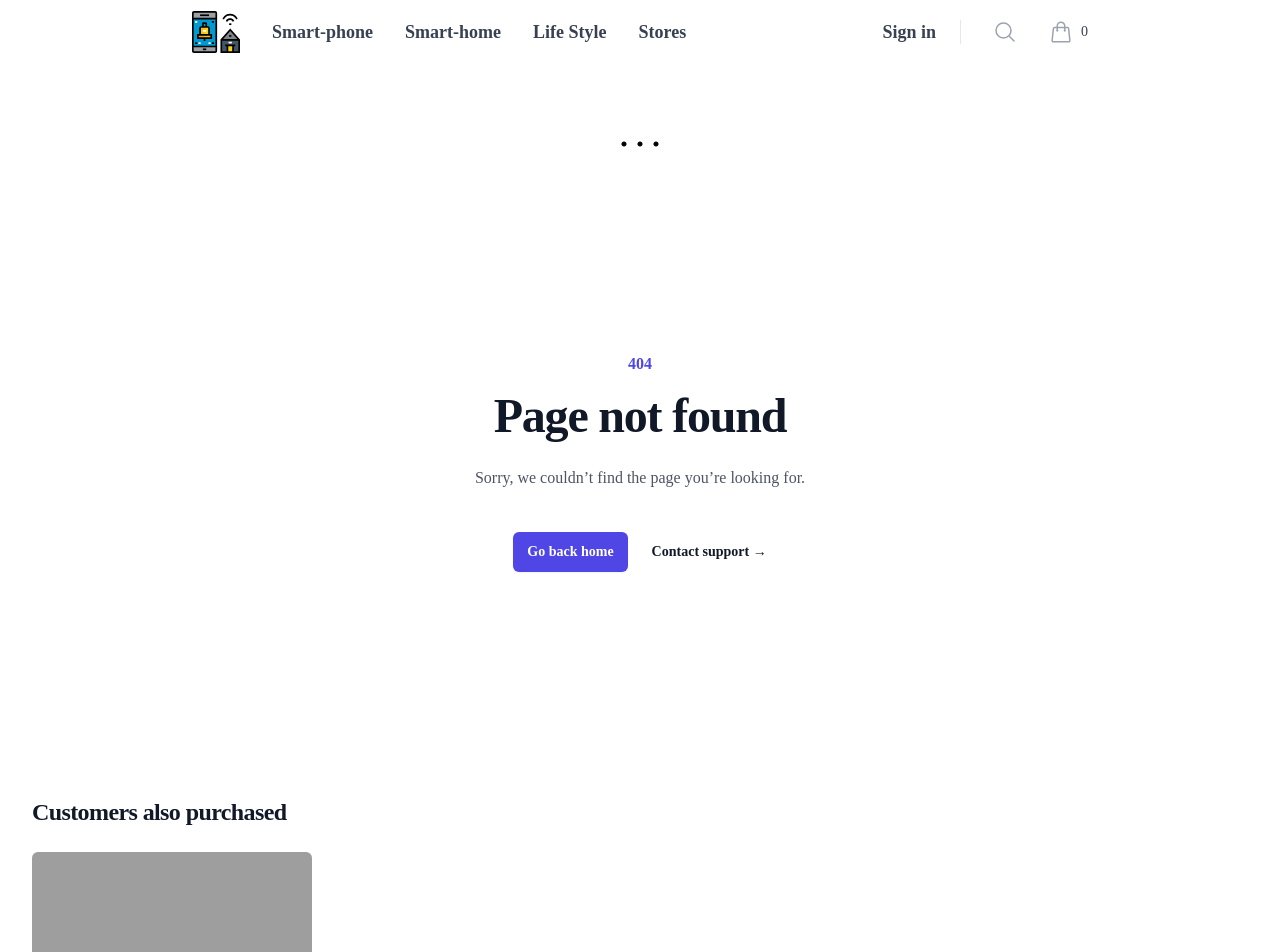
Repository: Gunplay/Smart-Home
Page: /
An editor plug-in stored every save of this project. The page is shown before and after the next save, followed by the edit.
The browser window is 1280 px wide. The pictures show the part of the page from y = 0 to 952 px (the page is 1944 px tall before and 1912 px after).
Pictures or frames that could not be fetched are drawn as grey boxes. The project was rebuilt for these pictures with package versions that can differ from the ones it lists, and the page was loaded fresh each time. Also part of the build but not shown: vite.config.js, vite.config.ts.

Above is the page before, as saved 2024-06-25 13:01:19.

### index.html
<!doctype html>
<html lang="en">

<head>
  <meta charset="UTF-8" />
  <link rel="icon" type="image/svg+xml" href="./src/assets/smart-home-svgrepo-com.svg" />
  <meta name="viewport" content="width=device-width, initial-scale=1.0" />
  <title>Smart-Home</title>
  <link real='stylesheet' href='src/style.css'>
</head>

<body>
  <div id="root"></div>

  <script type="module" src="/src/main.tsx"></script>
</body>

</html>

### src/main.tsx
import React from 'react';
import ReactDOM from 'react-dom/client';
import { BrowserRouter as Router } from 'react-router-dom';
import App from './App.tsx';
import './css/style.css';

ReactDOM.createRoot(document.getElementById('root')!).render(
	<React.StrictMode>
		<Router>
			<App />
		</Router>
	</React.StrictMode>
);

### src/App.tsx
// import { useState } from 'react';

// import reactLogo from './assets/react.svg';
// import viteLogo from '/vite.svg';
import AboutUs from './components/AboutUs';
import Carousel from './components/Carousel';
import Header from './components/Header';
import PageNotFound from './components/Page404';
import ProductsList from './components/ProductsList';

function App() {
	return (
		<>
			<div className='mr-[3.75rem] pt-[4.75rem] lg:pt-[5.25rem] overflow-hidden'>
				<Header />
				<Carousel />
			</div>
			<PageNotFound />

			<ProductsList />
			<AboutUs />
		</>
	);
}

export default App;

### src/components/AboutUs/index.tsx
const links = [
	{ name: 'Open roles', href: '#' },
	{ name: 'Internship program', href: '#' },
	{ name: 'Our values', href: '#' },
	{ name: 'Meet our leadership', href: '#' },
];
const stats = [
	{ name: 'Offices worldwide', value: '12' },
	{ name: 'Full-time colleagues', value: '300+' },
	{ name: 'Hours per week', value: '40' },
	{ name: 'Paid time off', value: 'Unlimited' },
];

export default function AboutUs() {
	return (
		<div className='relative isolate overflow-hidden bg-gray-900 py-24 sm:py-32'>
			<img
				src='https://images.unsplash.com/photo-1521737604893-d14cc237f11d?ixlib=rb-4.0.3&ixid=MnwxMjA3fDB8MHxwaG90by1wYWdlfHx8fGVufDB8fHx8&auto=format&fit=crop&crop=focalpoint&fp-y=.8&w=2830&h=1500&q=80&blend=111827&sat=-100&exp=15&blend-mode=multiply'
				alt=''
				className='absolute inset-0 -z-10 h-full w-full object-cover object-right md:object-center'
			/>
			<div
				className='hidden sm:absolute sm:-top-10 sm:right-1/2 sm:-z-10 sm:mr-10 sm:block sm:transform-gpu sm:blur-3xl'
				aria-hidden='true'
			>
				<div
					className='aspect-[1097/845] w-[68.5625rem] bg-gradient-to-tr from-[#ff4694] to-[#776fff] opacity-20'
					style={{
						clipPath:
							'polygon(74.1% 44.1%, 100% 61.6%, 97.5% 26.9%, 85.5% 0.1%, 80.7% 2%, 72.5% 32.5%, 60.2% 62.4%, 52.4% 68.1%, 47.5% 58.3%, 45.2% 34.5%, 27.5% 76.7%, 0.1% 64.9%, 17.9% 100%, 27.6% 76.8%, 76.1% 97.7%, 74.1% 44.1%)',
					}}
				/>
			</div>
			<div
				className='absolute -top-52 left-1/2 -z-10 -translate-x-1/2 transform-gpu blur-3xl sm:top-[-28rem] sm:ml-16 sm:translate-x-0 sm:transform-gpu'
				aria-hidden='true'
			>
				<div
					className='aspect-[1097/845] w-[68.5625rem] bg-gradient-to-tr from-[#ff4694] to-[#776fff] opacity-20'
					style={{
						clipPath:
							'polygon(74.1% 44.1%, 100% 61.6%, 97.5% 26.9%, 85.5% 0.1%, 80.7% 2%, 72.5% 32.5%, 60.2% 62.4%, 52.4% 68.1%, 47.5% 58.3%, 45.2% 34.5%, 27.5% 76.7%, 0.1% 64.9%, 17.9% 100%, 27.6% 76.8%, 76.1% 97.7%, 74.1% 44.1%)',
					}}
				/>
			</div>
			<div className='mx-auto max-w-7xl px-6 lg:px-8'>
				<div className='mx-auto max-w-2xl lg:mx-0'>
					<h2 className='text-4xl font-bold tracking-tight text-white sm:text-6xl'>
						Work with us
					</h2>
					<p className='mt-6 text-lg leading-8 text-gray-300'>
						Anim aute id magna aliqua ad ad non deserunt sunt. Qui irure qui
						lorem cupidatat commodo. Elit sunt amet fugiat veniam occaecat
						fugiat aliqua.
					</p>
				</div>
				<div className='mx-auto mt-10 max-w-2xl lg:mx-0 lg:max-w-none'>
					<div className='grid grid-cols-1 gap-x-8 gap-y-6 text-base font-semibold leading-7 text-white sm:grid-cols-2 md:flex lg:gap-x-10'>
						{links.map(link => (
							<a key={link.name} href={link.href}>
								{link.name} <span aria-hidden='true'>&rarr;</span>
							</a>
						))}
					</div>
					<dl className='mt-16 grid grid-cols-1 gap-8 sm:mt-20 sm:grid-cols-2 lg:grid-cols-4'>
						{stats.map(stat => (
							<div key={stat.name} className='flex flex-col-reverse'>
								<dt className='text-base leading-7 text-gray-300'>
									{stat.name}
								</dt>
								<dd className='text-2xl font-bold leading-9 tracking-tight text-white'>
									{stat.value}
								</dd>
							</div>
						))}
					</dl>
				</div>
			</div>
		</div>
	);
}

### src/components/Carousel/index.tsx
import { SetStateAction, useState } from 'react';
import { BsChevronCompactLeft, BsChevronCompactRight } from 'react-icons/bs';
import { RxDotFilled } from 'react-icons/rx';
import slideOne from '/src/assets/slider-1.jpg';
import slideTwo from '/src/assets/slider-2.jpg';
import slideThree from '/src/assets/slider-3.jpg';
const slides = [
	{
		url: slideOne,
		id: 0,
	},
	{
		url: slideTwo,
		id: 1,
	},
	{
		url: slideThree,
		id: 2,
	},
];
const Carousel = () => {
	const [currentIndex, setCurrentIndex] = useState(0);

	const prevSlide = () => {
		const isFirstSlide = currentIndex === 0;
		const newIndex = isFirstSlide ? slides.length - 1 : currentIndex - 1;
		setCurrentIndex(newIndex);
	};

	const nextSlide = () => {
		const isLastSlide = currentIndex === slides.length - 1;
		const newIndex = isLastSlide ? 0 : currentIndex + 1;
		setCurrentIndex(newIndex);
	};

	const goToSlide = (slideIndex: SetStateAction<number>) => {
		console.log(slideIndex);
		setCurrentIndex(slideIndex);
	};
	return (
		<div className='h-[780px] w-full m-auto py-16 relative group'>
			<div
				style={{ backgroundImage: `url(${slides[currentIndex].url})` }}
				className='w-full h-full bg-center bg-cover duration-500'
			></div>
			<div className='hidden group-hover:block absolute top-[50%] -translate-x-0 translate-y-[-50%] left-5 text-2xl rounded-full p-2 bg-black/20 text-white cursor-pointer'>
				<BsChevronCompactLeft size={30} onClick={prevSlide} />
			</div>
			<div className='hidden group-hover:block absolute top-[50%] translate-y-[-50%] right-5 text-2xl rounded-full p-2 bg-black/20 text-white cursor-pointer'>
				<BsChevronCompactRight size={30} onClick={nextSlide} />
			</div>
			<div className='flex top-4 justify-center py-2'>
				{slides.map((slide, slideIndex) => (
					<div
						key={slideIndex}
						className='text-xl cursor-pointer'
						onClick={() => goToSlide(slideIndex)}
					>
						<RxDotFilled />
					</div>
				))}
			</div>
		</div>
	);
};

export default Carousel;

### src/components/Page404/index.tsx
export default function PageNotFound() {
	return (
		<>
			{/*
        This example requires updating your template:

        ```
        <html class="h-full">
        <body class="h-full">
        ```
      */}
			<main className='grid min-h-full place-items-center bg-white px-6 py-24 sm:py-32 lg:px-8'>
				<div className='text-center'>
					<p className='text-base font-semibold text-indigo-600'>404</p>
					<h1 className='mt-4 text-3xl font-bold tracking-tight text-gray-900 sm:text-5xl'>
						Page not found
					</h1>
					<p className='mt-6 text-base leading-7 text-gray-600'>
						Sorry, we couldn’t find the page you’re looking for.
					</p>
					<div className='mt-10 flex items-center justify-center gap-x-6'>
						<a
							href='#'
							className='rounded-md bg-indigo-600 px-3.5 py-2.5 text-sm font-semibold text-white shadow-sm hover:bg-indigo-500 focus-visible:outline focus-visible:outline-2 focus-visible:outline-offset-2 focus-visible:outline-indigo-600'
						>
							Go back home
						</a>
						<a href='#' className='text-sm font-semibold text-gray-900'>
							Contact support <span aria-hidden='true'>&rarr;</span>
						</a>
					</div>
				</div>
			</main>
		</>
	);
}

### src/components/ProductsList/index.tsx
/*
  This example requires some changes to your config:

  ```
  // tailwind.config.js
  module.exports = {
    // ...
    plugins: [
      // ...
      require('@tailwindcss/aspect-ratio'),
    ],
  }
  ```
*/
const products = [
	{
		id: 1,
		name: 'Basic Tee',
		href: '#',
		imageSrc:
			'https://tailwindui.com/img/ecommerce-images/product-page-01-related-product-01.jpg',
		imageAlt: "Front of men's Basic Tee in black.",
		price: '$35',
		color: 'Black',
	},
	// More products...
];

export default function ProductsList() {
	return (
		<div className='bg-white'>
			<div className='mx-auto max-w-2xl px-4 py-16 sm:px-6 sm:py-24 lg:max-w-7xl lg:px-8'>
				<h2 className='text-2xl font-bold tracking-tight text-gray-900'>
					Customers also purchased
				</h2>

				<div className='mt-6 grid grid-cols-1 gap-x-6 gap-y-10 sm:grid-cols-2 lg:grid-cols-4 xl:gap-x-8'>
					{products.map(product => (
						<div key={product.id} className='group relative'>
							<div className='aspect-h-1 aspect-w-1 w-full overflow-hidden rounded-md bg-gray-200 lg:aspect-none group-hover:opacity-75 lg:h-80'>
								<img
									src={product.imageSrc}
									alt={product.imageAlt}
									className='h-full w-full object-cover object-center lg:h-full lg:w-full'
								/>
							</div>
							<div className='mt-4 flex justify-between'>
								<div>
									<h3 className='text-sm text-gray-700'>
										<a href={product.href}>
											<span aria-hidden='true' className='absolute inset-0' />
											{product.name}
										</a>
									</h3>
									<p className='mt-1 text-sm text-gray-500'>{product.color}</p>
								</div>
								<p className='text-sm font-medium text-gray-900'>
									{product.price}
								</p>
							</div>
						</div>
					))}
				</div>
			</div>
		</div>
	);
}

Loaded but not shown: src/css/style.css (1876 lines, source omitted); src/components/Header/index.tsx (539 lines, source omitted)

After the next save:
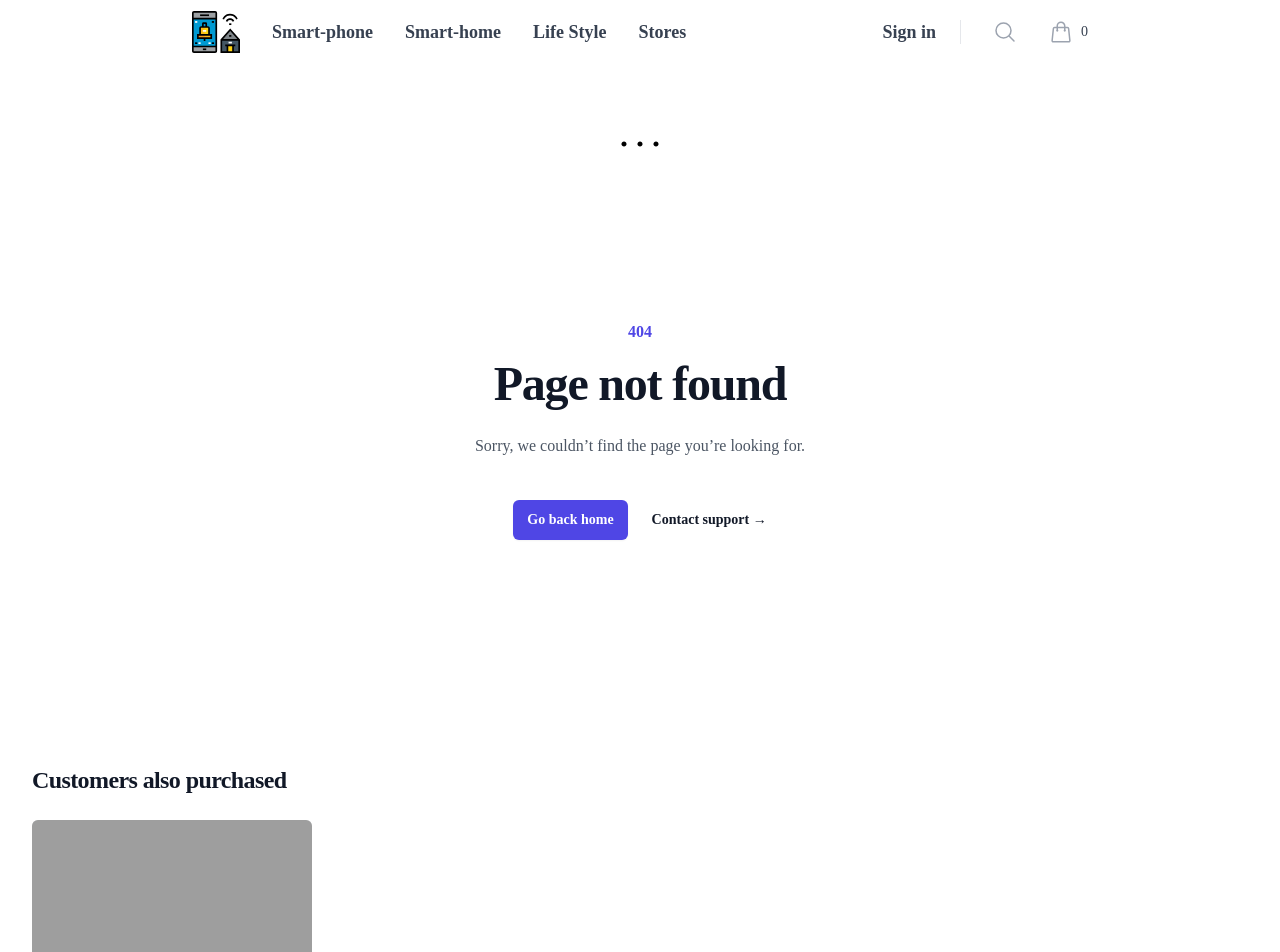
Saved 64 s later.
--- a/src/components/Carousel/index.tsx
+++ b/src/components/Carousel/index.tsx
@@ -49,7 +49,7 @@ const Carousel = () => {
 			<div className='hidden group-hover:block absolute top-[50%] translate-y-[-50%] right-5 text-2xl rounded-full p-2 bg-black/20 text-white cursor-pointer'>
 				<BsChevronCompactRight size={30} onClick={nextSlide} />
 			</div>
-			<div className='flex top-4 justify-center py-2'>
+			<div className='flex bottom-4 justify-center absolute w-full py-2'>
 				{slides.map((slide, slideIndex) => (
 					<div
 						key={slideIndex}
